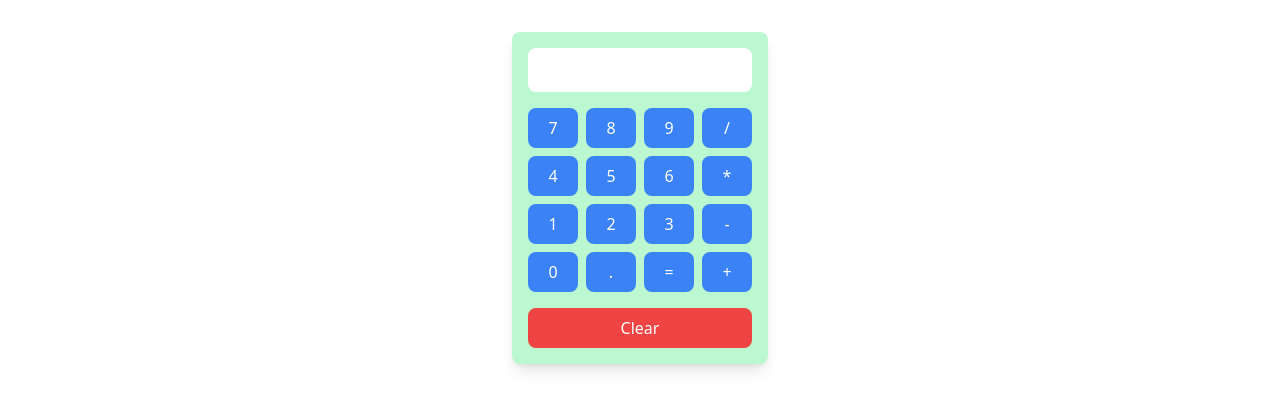
Repository: Sirinegaddour11/Calculator-App
Page: /
The author's editor kept a copy of each file at every save. The page is drawn from the files as they stood at one save, then again after the next save.
The browser window is 1280 px wide. The pictures show the whole page.
The project was rebuilt for these pictures with package versions that can differ from the ones it lists, and the page was loaded fresh each time. The framework's server and built-in components were replaced by stand-ins that run in the browser. Also part of the build but not shown: next.config.mjs.

Above is the page before, as saved 2024-09-16 15:01:06.

### app/layout.tsx
import type { Metadata } from "next";
import "./globals.css";

export const metadata: Metadata = {
  title: "Calculator App",
  description: "Generated by me",
};

export default function RootLayout({
  children,
}: Readonly<{
  children: React.ReactNode;
}>) {
  return (
    <html lang="en">
      <body className="bg-red">{children}</body>
    </html>
  );
}

### app/page.tsx
import Calculator from "@/components/calculator";
import Image from "next/image";

export default function Home() {
  return (
    <div>
      <Calculator />
    </div>
  );
}

### app/globals.css
@tailwind base;
@tailwind components;
@tailwind utilities;

.dark .three-d {
  text-shadow: 0px 5px 0px #533519;
}
.three-d {
  text-shadow: none;
}
.dark .simplebar-scrollbar ::before {
 background-color: rgb(216, 217, 231);
}

### components/calculator.tsx
"use client";
import React, { useState } from "react";

const Calculator: React.FC = () => {
  const [expression, setexpression] = useState("");
  const handleButtonClick = (value: string) => {
    setexpression((prevExpression) => prevExpression + value);
  };
  const handleCalculate = () => {
    try {
      setexpression(eval(expression));
    } catch (error) {
      setexpression("Error");
    }
  };
  const handleClear = () => {
    setexpression("")
  }
  return (
    <div className="w-64 mx-auto mt-8 p-4 bg-green-200 rounded-lg shadow-lg ">
      <input
        type="text"
        className="w-full mb-4 p-2 text-xl text-right bg-white rounded-lg"
        value={expression}
        readOnly
      />
      <div className="grid grid-cols-4 gap-2">
        {["7", "8", "9", "/"].map((value, index) => (
          <button
            key={index}
            className="p-2 bg-blue-500 text-white rounded-lg hover:bg-blue-600"
            onClick={() => handleButtonClick(value)}
          >
            {value}
          </button>
        ))}
        {["4", "5", "6", "*"].map((value, index) => (
          <button
            key={index}
            className="p-2 bg-blue-500 text-white rounded-lg hover:bg-blue-600"
            onClick={() => handleButtonClick(value)}
          >
            {value}
          </button>
        ))}
        {["1", "2", "3", "-"].map((value, index) => (
          <button
            key={index}
            className="p-2 bg-blue-500 text-white rounded-lg hover:bg-blue-600"
            onClick={() => handleButtonClick(value)}
          >
            {value}
          </button>
        ))}
        {["0", ".", "=", "+"].map((value, index) => (
          <button
            key={index}
            className="p-2 bg-blue-500 text-white rounded-lg hover:bg-blue-600"
            onClick={() =>
              value === "=" ? handleCalculate() : handleButtonClick(value)
            }
          >
            {value}
          </button>
        ))}
      </div>
      <button className="mt-4 w-full p-2 bg-red-500 text-white rounded-lg hover:bg-red-600"
      onClick={handleClear}>Clear</button>
    </div>
  );
};

export default Calculator;

Loaded but not shown: tailwind.config.ts (common file)

After the next save:
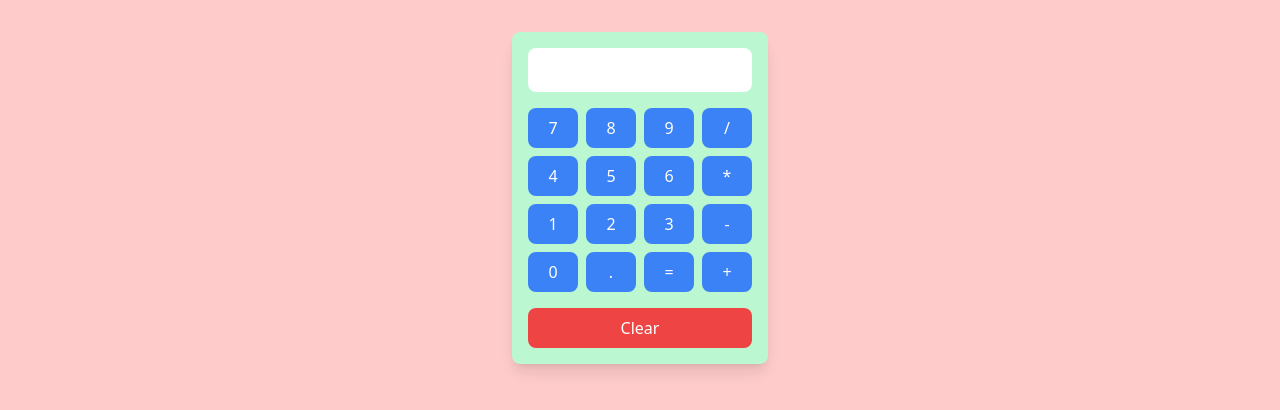
Saved 5 s later.
--- a/app/layout.tsx
+++ b/app/layout.tsx
@@ -13,7 +13,7 @@ export default function RootLayout({
 }>) {
   return (
     <html lang="en">
-      <body className="bg-red">{children}</body>
+      <body className="bg-red-200">{children}</body>
     </html>
   );
 }
